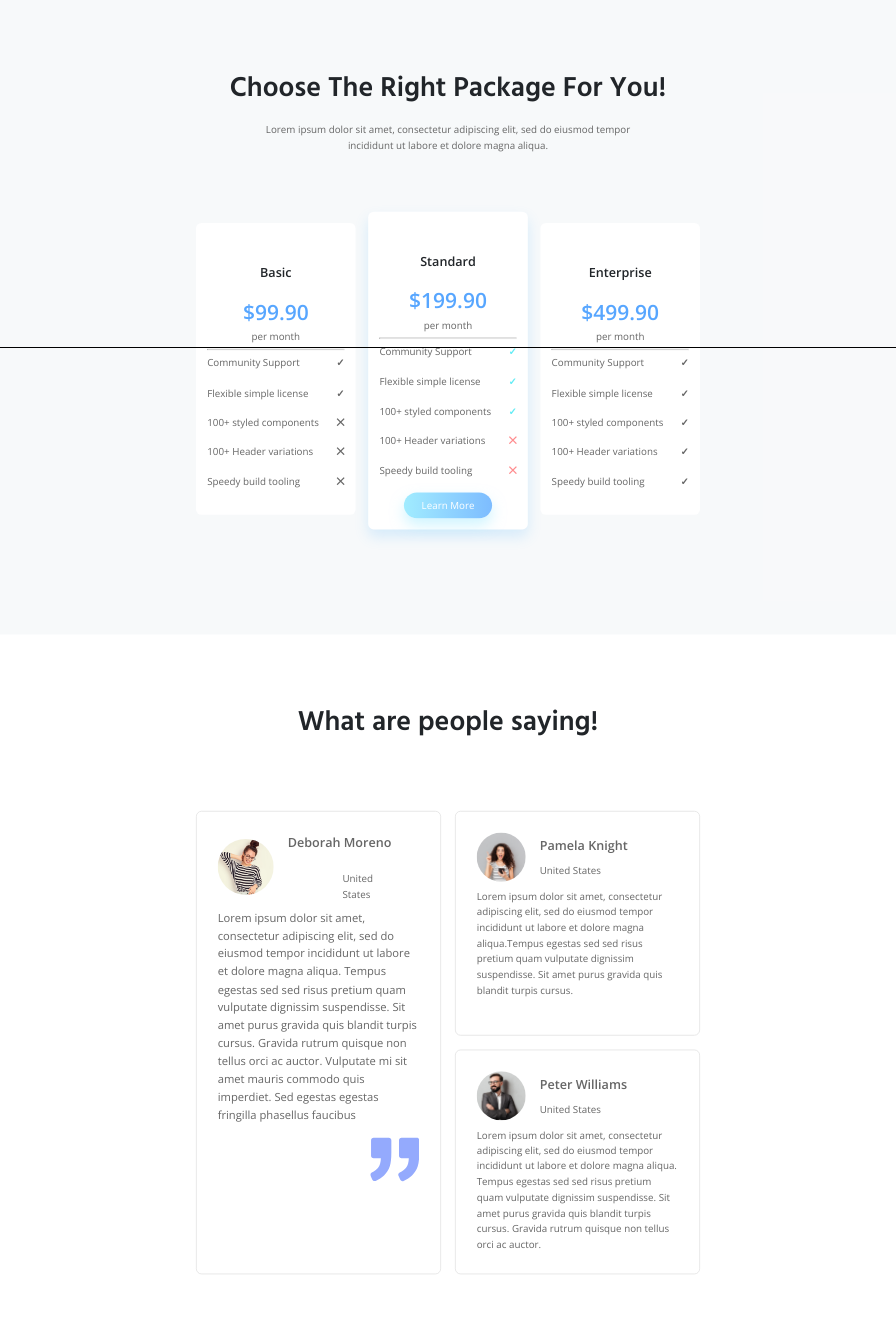
Repository: Sc-Juju/CodeRad
Page: index.html
An editor plug-in stored every save of this project. The page is shown before and after the next save, followed by the edit.
The browser window is 1280 px wide. The pictures show the part of the page from y = 2409 to 4329 px (the page is 4329 px tall), at 70% of full size.

Above is the page before, as saved 2022-11-11 22:08:35.

### index.html
<!DOCTYPE html>
<html>
	<head>
		<meta charset="utf-8" />
		<meta http-equiv="X-UA-Compatible" content="IE=edge" />
		<title>CodeRad</title>
		<meta name="description" content="" />
		<meta name="viewport" content="width=device-width, initial-scale=1" />

		<link
			href="https://fonts.googleapis.com/css2?family=Open+Sans:wght@300;400;600;700&display=swap"
			rel="stylesheet"
		/>
		<link
			href="https://fonts.googleapis.com/css2?family=Hind:wght@300;400;500;600;700&display=swap"
			rel="stylesheet"
		/>

		<link rel="stylesheet" href="./css/default.css" />
		<link rel="stylesheet" href="./css/styles.css" />
		<link rel="stylesheet" href="./css/responsive.css" />
	</head>
	<body>
		<nav class="navbar nav">
			<div class="container">
				<button
					class="navbar-toggler"
					aria-expanded="false"
					aria-controls="navbarDropdown"
				>
					<span>&#9776;</span>
				</button>
				<a class="navbar-brand" href="index.html">CodeRad</a>
				<ul class="navbar-nav">
					<li class="nav-link">
						<a href="#">Home</a>
					</li>

					<li class="nav-link">
						<a href="#">Blog</a>
					</li>
					<li class="nav-link">
						<a href="#">Portfolio</a>
					</li>
					<li class="nav-link">
						<a href="#">Contact</a>
					</li>
				</ul>
			</div>
		</nav>

		<header class="bg-header">
			<div class="container">
				<div class="hero-wrapper">
					<h2 class="hero-header">
						Young in our spirits and <br />
						modern look.
					</h2>
					<a class="btn btn-white" href="#">Learn more</a>
				</div>
			</div>
		</header>
		<!--Why me-->
		<section>
			<div class="container why-me-wrapper">
				<div class="block-text">
					<span>Why choose me</span>
					<h2>
						Meeting Your Needs <br />
						In Website Building
					</h2>
					<p>
						Lorem ipsum dolor sit amet, consectetur adipiscing elit,
						sed do eiusmod tempor incididunt ut labore et dolore
						magna aliqua.
					</p>
					<a href="" class="btn btn-primary">Learn More</a>
				</div>
				<div>
					<img src="./CodeRad-assets/image2.svg" alt="Icon Chart" />
				</div>
			</div>
		</section>
		<!--Services-->
		<section class="bg-contrast">
			<div class="container service-grid">
				<div class="service-card">
					<span class="bg-color-1"></span>
					<div>
						<h3>Branding</h3>
						<p>
							Lorem ipsum dolor sit amet, consectetur adipiscing
							elit, sed do eiusmod tempor incididunt ut labore et
							dolore magna aliqua. Ut morbi tincidunt augue
							interdum velit euismod in pellentesque. Congue
							mauris rhoncus aenean vel.
						</p>
					</div>
				</div>
				<div class="service-card">
					<span class="bg-color-2"></span>
					<div>
						<h3>Design & UX</h3>
						<p>
							Lorem ipsum dolor sit amet, consectetur adipiscing
							elit, sed do eiusmod tempor incididunt ut labore et
							dolore magna aliqua. Ut morbi tincidunt augue
							interdum velit euismod in pellentesque. Congue
							mauris rhoncus aenean vel.
						</p>
					</div>
				</div>
				<div class="service-card">
					<span class="bg-color-3"></span>
					<div>
						<h3>Development</h3>
						<p>
							Lorem ipsum dolor sit amet, consectetur adipiscing
							elit, sed do eiusmod tempor incididunt ut labore et
							dolore magna aliqua. Ut morbi tincidunt augue
							interdum velit euismod in pellentesque. Congue
							mauris rhoncus aenean vel.
						</p>
					</div>
				</div>
				<div class="service-card">
					<span class="bg-color-4"></span>
					<div>
						<h3>User analysis</h3>
						<p>
							Lorem ipsum dolor sit amet, consectetur adipiscing
							elit, sed do eiusmod tempor incididunt ut labore et
							dolore magna aliqua. Ut morbi tincidunt augue
							interdum velit euismod in pellentesque. Congue
							mauris rhoncus aenean vel.
						</p>
					</div>
				</div>
				<div class="service-card">
					<span class="bg-color-5"></span>
					<div>
						<h3>UX Research</h3>
						<p>
							Lorem ipsum dolor sit amet, consectetur adipiscing
							elit, sed do eiusmod tempor incididunt ut labore et
							dolore magna aliqua. Ut morbi tincidunt augue
							interdum velit euismod in pellentesque. Congue
							mauris rhoncus aenean vel.
						</p>
					</div>
				</div>
				<div class="service-card">
					<span class="bg-color-6"></span>
					<div>
						<h3>SEO Service</h3>
						<p>
							Lorem ipsum dolor sit amet, consectetur adipiscing
							elit, sed do eiusmod tempor incididunt ut labore et
							dolore magna aliqua. Ut morbi tincidunt augue
							interdum velit euismod in pellentesque. Congue
							mauris rhoncus aenean vel.
						</p>
					</div>
				</div>
			</div>
		</section>

		<!--Video Demo-->
		<section class="video-demo">
			<div class="container">
				<div class="block-text">
					<h2>Telling Our Story</h2>
					<p>
						Lorem ipsum dolor sit amet, consectetur adipiscing elit,
						sed do eiusmod tempor <br />
						incididunt ut labore et dolore magna aliqua.
					</p>
				</div>
				<div class="video-box">
					<a href="#" class="video-btn">
						<img
							src="./CodeRad-assets/play.svg"
							alt="Play Video Button"
						/>
					</a>
					<img
						src="./CodeRad-assets/demo-video-thumbnail.jpg"
						alt="Video thumbnail"
					/>
				</div>
			</div>
		</section>

		<!--Pricing plans-->
		<section class="bg-contrast">
			<div class="block-text pricing-header">
				<h2>Choose The Right Package For You!</h2>
				<p>
					Lorem ipsum dolor sit amet, consectetur adipiscing elit, sed
					do eiusmod tempor <br />
					incididunt ut labore et dolore magna aliqua.
				</p>
			</div>
			<div class="pricing-table">
				<div class="price-card">
					<h3>Basic</h3>
					<div class="price">$99.90</div>
					<div class="billed">per month</div>
					<hr />
					<ul>
						<li>
							<span class="title">Community Support</span>
							<span class="icon">&#10003;</span>
						</li>
						<li>
							<span class="title">Flexible simple license</span>
							<span class="icon">&#10003;</span>
						</li>
						<li>
							<span class="title">100+ styled components</span>
							<span class="icon">&#10761;</span>
						</li>
						<li>
							<span class="title">100+ Header variations</span>
							<span class="icon">&#10761;</span>
						</li>
						<li>
							<span class="title">Speedy build tooling</span>
							<span class="icon">&#10761;</span>
						</li>
					</ul>
				</div>

				<div class="price-card featured">
					<h3>Standard</h3>
					<div class="price">$199.90</div>
					<div class="billed">per month</div>
					<hr />
					<ul>
						<li>
							<span class="title">Community Support</span>
							<span class="icon checked">&#10003;</span>
						</li>
						<li>
							<span class="title">Flexible simple license</span>
							<span class="icon checked">&#10003;</span>
						</li>
						<li>
							<span class="title">100+ styled components</span>
							<span class="icon checked">&#10003;</span>
						</li>
						<li>
							<span class="title">100+ Header variations</span>
							<span class="icon times">&#10761;</span>
						</li>
						<li>
							<span class="title">Speedy build tooling</span>
							<span class="icon times">&#10761;</span>
						</li>
						<div class="plan-btn-wrapper">
							<a href="" class="btn btn-primary">Learn More</a>
						</div>
					</ul>
				</div>

				<div class="price-card">
					<h3>Enterprise</h3>
					<div class="price">$499.90</div>
					<div class="billed">per month</div>
					<hr />
					<ul>
						<li>
							<span class="title">Community Support</span>
							<span class="icon">&#10003;</span>
						</li>
						<li>
							<span class="title">Flexible simple license</span>
							<span class="icon">&#10003;</span>
						</li>
						<li>
							<span class="title">100+ styled components</span>
							<span class="icon">&#10003;</span>
						</li>
						<li>
							<span class="title">100+ Header variations</span>
							<span class="icon">&#10003;</span>
						</li>
						<li>
							<span class="title">Speedy build tooling</span>
							<span class="icon">&#10003;</span>
						</li>
					</ul>
				</div>
			</div>
		</section>

		<!--Testimonials-->
		<section class="testimonials">
			<div class="block-text">
				<h2>What are people saying!</h2>
			</div>
			<div class="testimonial-grid">
				<div class="testimonial-card lg">
					<div class="top">
						<img
							src="./CodeRad-assets/1.png"
							alt=""
							class="profile"
						/>
						<div class="top-info">
							<h4>Deborah Moreno</h4>
							<span>United States</span>
						</div>
					</div>
					<div class="bottom">
						<p>
							Lorem ipsum dolor sit amet, consectetur adipiscing
							elit, sed do eiusmod tempor incididunt ut labore et
							dolore magna aliqua. Tempus egestas sed sed risus
							pretium quam vulputate dignissim suspendisse. Sit
							amet purus gravida quis blandit turpis cursus.
							Gravida rutrum quisque non tellus orci ac auctor.
							Vulputate mi sit amet mauris commodo quis imperdiet.
							Sed egestas egestas fringilla phasellus faucibus
						</p>
						<span>
							<img
								src="./CodeRad-assets/quote-colored.svg"
								alt="quote"
								class="quote"
							/>
						</span>
					</div>
				</div>

				<div class="testimonial-card md">
					<div class="top">
						<img
							src="./CodeRad-assets/2.png"
							alt=""
							class="profile"
						/>
						<div class="top-info">
							<h4>Pamela Knight</h4>
							<span>United States</span>
						</div>
					</div>
					<div class="bottom">
						<p>
							Lorem ipsum dolor sit amet, consectetur adipiscing
							elit, sed do eiusmod tempor incididunt ut labore et
							dolore magna aliqua.Tempus egestas sed sed risus
							pretium quam vulputate dignissim suspendisse. Sit
							amet purus gravida quis blandit turpis cursus.
						</p>
					</div>
				</div>

				<div class="testimonial-card md">
					<div class="top">
						<img
							src="./CodeRad-assets/3.png"
							alt=""
							class="profile"
						/>
						<div class="top-info">
							<h4>Peter Williams</h4>
							<span>United States</span>
						</div>
					</div>
					<div class="bottom">
						<p>
							Lorem ipsum dolor sit amet, consectetur adipiscing
							elit, sed do eiusmod tempor incididunt ut labore et
							dolore magna aliqua. Tempus egestas sed sed risus
							pretium quam vulputate dignissim suspendisse. Sit
							amet purus gravida quis blandit turpis cursus.
							Gravida rutrum quisque non tellus orci ac auctor.
						</p>
					</div>
				</div>
			</div>
		</section>
	</body>
</html>

### css/default.css
:root{
    --white:#fff;
    --black: #000;
    --font-color-base:#666;
    --font-color-dark:#212529;
    --font-color-light:#b0aebe;
    --font-color-link:#57a6ff;
    --footer:#34314b;
    --footer-base:2e2b45;
    --contrast:rgba(246, 248, 249, 0.8);
    --success: #64ecf5;
    --danger:#ff8b8d;
    --grad-1:#a1ecff;
    --grad-2:#7dbcff;


    --size-10:0.625rem;
    --size-14:0.875rem;
    --size-16:1rem;
    --size-18:1.125rem;
    --size-20:1.25rem;
    --size-30:1.875rem;
    --size-40:2.5rem;
    --size-50:3.125rem;
    --size-100:6.25rem;
    --size-150:9.375rem;
}
body{
    font-family:"Open Sans", sans-serif;
    font-weight: 400;
    font-size:0.875rem;
    line-height: 1.6;
    letter-spacing: 0;
    color: var(--font-color-base);
    margin:0;
    padding:0;
}
*,
::after,
::before{
    box-sizing: border-box;
}
ul{
    padding:0;
    margin:0;
    list-style: none;
}
a {text-decoration: none;}
p {margin-top:0;}
h2{
    font-size:1.75rem;
    font-weight:500;
    line-height:1.2;
}
img {
    width:100%;
    max-width:100%;
    vertical-align:middle;
    border-style: none;
}
.container{
    width: 100%;
    padding-left:15px;
    padding-right:15px;
    margin-right:auto;
    margin-left:auto;
}

.btn{
    display: inline-block;
    font-weight: 400;
    color: var(--font-color-dark);
    text-align: center;
    cursor: pointer;
    user-select: none;
    background-color: transparent;
    border: 1px solid transparent;
    padding: .375rem .75rem;
    border-radius:1.25rem;
    transition: ease-in-out .3s;
}
.btn-primary{
    background-image: linear-gradient(90deg, var(--grad-1)0%, var(--grad-2)100%);
    border: 1px var(--grad-1);
    box-shadow: 0 10px 20px rgba(161, 236, 255, .5);
    transition: ease-in-out .3s;
    color: var(--white);
    padding: .4375rem 1.5625rem;
}

.btn-white{
    background-color: var(--white);
    color: var(--font-color-link);
    box-shadow: 0px 10px 20px rgba(255, 255, 255, .35);
    padding: .475rem 1.75rem;
}

@media (min-width:1200px){
    .container{ max-width: 1140px; }
}
@media (min-width:768px){
    .pricing-table,
    .testimonial-grid{max-width:720px;}
}

### css/styles.css
.navbar{
    position: fixed;
    top: 0;
    right: 0;
    left: 0;
    z-index: 200;
    transition: ease-in-out .3s;
}
[aria-controls="navbarDropdown"]{
    display:none;
}
.navbar-nav{
    display: flex;
    align-items: center;
}
.navbar .container{
    display: flex;
    align-items: center;
}
.navbar-brand{
    margin-right:auto;
    font-size: 2rem;
    font-weight: 700;
    width: 100%;
    transition: ease-in-out .3s;
    color: var(--white);

}
.bg-header,
.video-demo{
    background-color: var(--footer);
    background-repeat: no-repeat;
    background-size: cover;
    background-position:50% 20%;
    position: relative;
    z-index: 1;
    padding: 4.6875rem 0;
}
.bg-header{background-image: url(../CodeRad-assets/bg-header-1.jpg);}
.video-demo{background-image: url(../CodeRad-assets/bg-demo.jpg);}
.bg-header::before{
    background-image: linear-gradient(30deg,
    rgba(21,27,38, .8)0%,
    rgba(0,0,0,.2)100%);
    position: absolute;
    content:"";
    top: 0;
    left: 0;
    right: 0;
    bottom: 0;
    width: 100%;
    height: 100%;
    z-index: -1;
}
.nav-link a{
    color: var(--white);
    font-size: .8125rem;
    font-weight: 600;
    font-family: "Hind", sans-serif;
    text-transform: uppercase;
    margin-right: 2.5rem;
    line-height: 1.25rem;
}
.hero-header{
    color: var(--white);
}
.why-me-wrapper{
    display: flex;
    align-items: center;
}
.why-me-wrapper div{
    flex: 1;
}
.block-text{
    padding-right: var(--size-50);
}
.block-text span{
    color: var(--font-color-dark);
    font-weight: 300;
}
.block-text h2{
    font-size: var(--size-40);
    font-family: "Hind", sans-serif;
    font-weight: 600;
    color: var(--font-color-dark);
    margin-bottom: var(--size-20);
    line-height: 1.3;
    margin-top: 0.5rem;
}
.bg-contrast{
    background-color: var(--contrast);
    padding: var(--size-150) 0;
    margin: 0 auto;
}
.service-grid{
    display: grid;
    grid-template-columns: repeat(auto-fit,minmax(300px, 1fr));
    gap: var(--size-20);
}
.service-card{
    padding: var(--size-30);
    box-shadow: 0 0 10px rgba(48, 63, 100, .15);
    background: white;
    border-radius: 8px;
}
.service-card span{
    width:4.375rem;
    height: 4.375rem;
    background: green;
    display: block;
    float: left;
    margin-right: 15px;
    border-radius: 50%;
    background: var(--font-color-light);
}
span.bg-color-1 {background-image: linear-gradient(90deg, #9ccdf3 0%, #94aafd 100%);}
span.bg-color-2 {background-image: linear-gradient(90deg, #55edc0 0%, #4bdbdb 100%);}
span.bg-color-3 {background-image: linear-gradient(90deg, #fda498 0%, #f58b9e 100%);}
span.bg-color-4 {background-image: linear-gradient(90deg, #f2a7ca 0%, #c289f4 100%);}
span.bg-color-5 {background-image: linear-gradient(90deg, #ffc187 0%, #fe93a7 100%);}
span.bg-color-6 {background-image: linear-gradient(90deg, #a1ecff 0%, #7dbcff 100%);}

.video-demo{text-align: center;}
.video-demo .block-text{padding-right: 0;}

.video-demo .block-text h2,
.video-demo .block-text p{
    color: var(--white);
}

.video-btn{
    position: absolute;
    top: 50%;
    left: 50%;
    transform: translate(-50%, -50%);
    box-shadow: 0 10px 20px rgba(57, 166, 251, .3);
}
.video-btn img{
    height: var(--size-100);
    width: var(--size-100);
}
.video-box{
    position: relative;
    margin-bottom: -9.375rem;
    z-index: 100;
}
.video-box > img{
    max-width: 600px;
    border-radius: 8px;
}
.block-text.pricing-header{
    text-align: center;
    padding-right: 0;
    margin: var(--size-100) 0;
}
.pricing-table{
    display: grid;
    grid-template-columns: repeat(auto-fit, minmax(215px, 1fr));
    gap: var(--size-18);
    margin: auto;
    align-items: flex-start;
}
.price-card{
    background-color:var(--white);
    border-radius: 8px;
    padding: var(--size-16);
}
.price-card .checked{color: var(--success);}
.price-card .times{color: var(--danger);}

.price-card.featured{
    box-shadow: 0 10px 20px rgba(82,179,255,.2);
    margin-top: -1rem;
}
.price-card h3{
    margin-top: var(--size-40);
    font-size: var(--size-18);
    color: var(--font-color-dark);
    font-weight: 600;
}
.plan-card hr{margin: 2rem 0 1rem;}
.price{
    color: var(--font-color-link);
    font-size: var(--size-30);
    font-weight: 600;
}
.price-card h3,
.price-card .price,
.price-card .billed{text-align: center;}

.price-card li{margin-bottom: var(--size-20);}
.price-card .icon{
    float: right;
    font-weight:600;
}
.plan-btn-wrapper{text-align: center;}

.testimonials{ margin: var(--size-100) 0;}

.testimonial-grid{
    display: grid;
    grid-template-columns: repeat(auto-fit, minmax(300px, 1fr));
    grid-template-rows: 1fr 1fr;
    gap: var(--size-20);
    margin: 0 auto;
}

.testimonials .block-text{
    padding-right: 0;
    text-align: center;
    margin: var(--size-100) 0;
}

.testimonial-card{
    border: 1px solid #dedede;
    border-radius: 8px;
    padding: var(--size-30);
}

.testimonial-card.lg{
    grid-row: 1 / 3;
    grid-column: 1 / 2;
}

.testimonial-card.md .bottom p{ font-size: var(--size-14);}

.testimonial-card .top{
    display:flex;
    align-items: center;
    padding-bottom: var(--size-10);
}

.testimonial-card img.profile{
    width: 4.375rem;
    border-radius: 50%;
    margin-right: var(--size-20);
}

.testimonial-card.lg img.profile{ width: 5rem;}

.top h4{
    margin-top: 0;
    margin-bottom: var(--size-10);
    font-weight: 600;
    font-size: var(--size-18);
}

.bottom p{
    margin: 0;
    font-size: var(--size-16);
    line-height: 1.6;
}

.testimonial-card.lg span{
    width: 4.375rem;
    float: right;
    margin-top: var(--size-16);
}

Loaded but not shown: css/responsive.css (no copy from this time; the picture is the same without it)

After the next save:
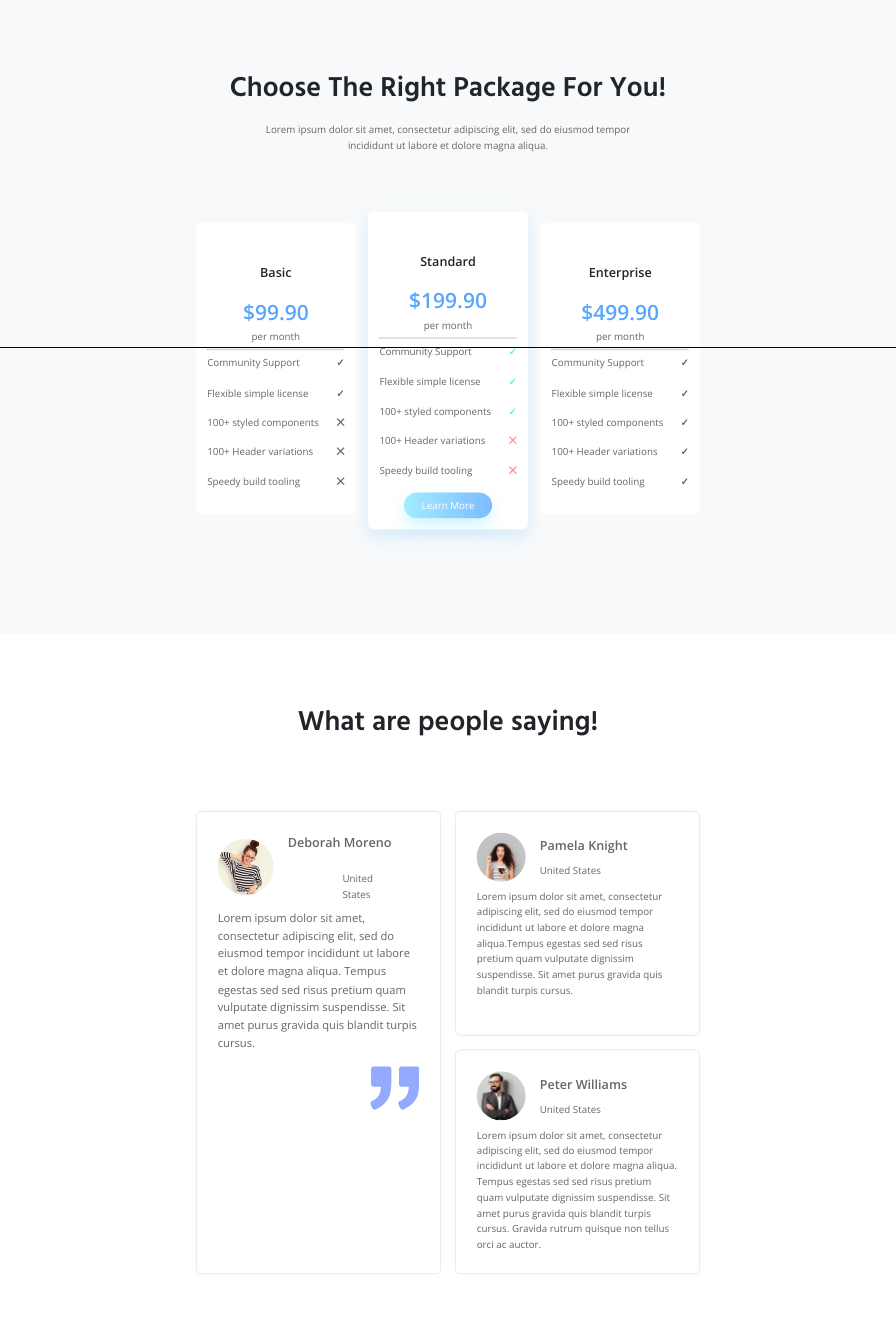
Saved 13 s later.
--- a/index.html
+++ b/index.html
@@ -319,9 +319,6 @@
 							dolore magna aliqua. Tempus egestas sed sed risus
 							pretium quam vulputate dignissim suspendisse. Sit
 							amet purus gravida quis blandit turpis cursus.
-							Gravida rutrum quisque non tellus orci ac auctor.
-							Vulputate mi sit amet mauris commodo quis imperdiet.
-							Sed egestas egestas fringilla phasellus faucibus
 						</p>
 						<span>
 							<img
